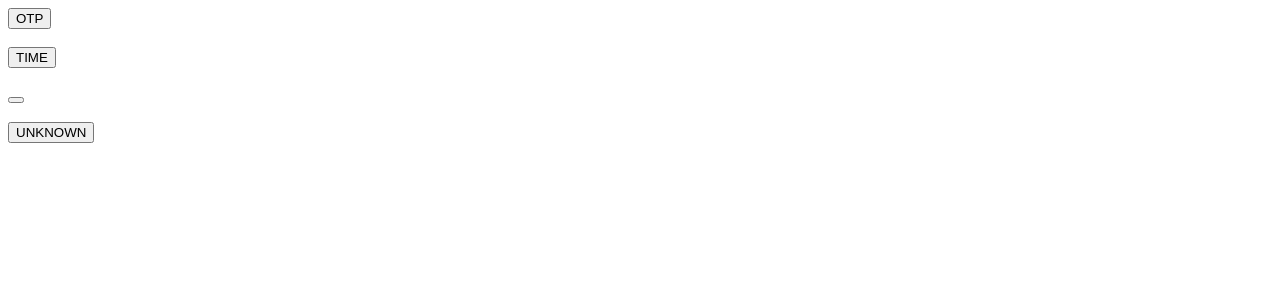
Repository: gowthamk1/JSpidersTraining
Page: Servlet/Task/src/main/webapp/Demo.html
An editor plug-in stored every save of this project. The page is shown before and after the next save, followed by the edit.
The browser window is 1280 px wide. The pictures show the whole page.

Above is the page before, as saved 2024-10-23 13:23:17.

### Servlet/Task/src/main/webapp/Demo.html
<!DOCTYPE html>
<html>
<head>
<meta charset="UTF-8">
<title>Insert title here</title>

</head>
<body>
	<a href="otp"><button>OTP</button></a><br><br>
	<a href="time"><button>TIME</button></a><br><br>
	<a href="colour"><button></button></a><br><br>
	<a href="unknown"><button>UNKNOWN</button></a><br><br>
</body>
</html>

After the next save:
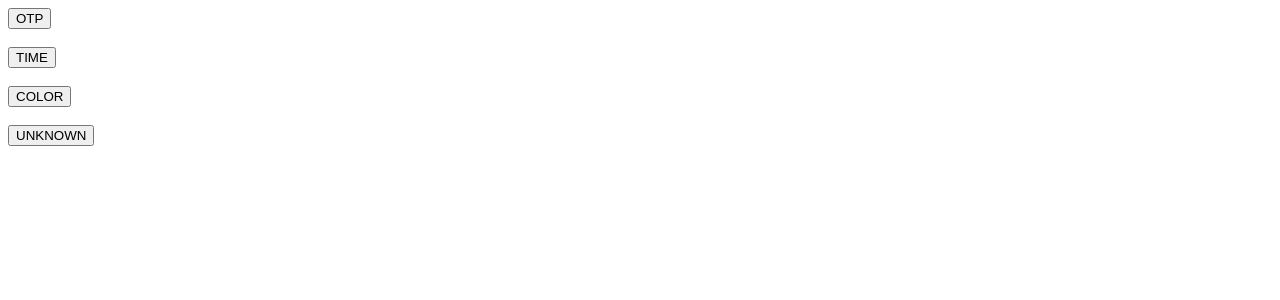
Saved 51 s later.
--- a/Servlet/Task/src/main/webapp/Demo.html
+++ b/Servlet/Task/src/main/webapp/Demo.html
@@ -8,7 +8,7 @@
 <body>
 	<a href="otp"><button>OTP</button></a><br><br>
 	<a href="time"><button>TIME</button></a><br><br>
-	<a href="colour"><button></button></a><br><br>
+	<a href="colour"><button>COLOR</button></a><br><br>
 	<a href="unknown"><button>UNKNOWN</button></a><br><br>
 </body>
 </html>
